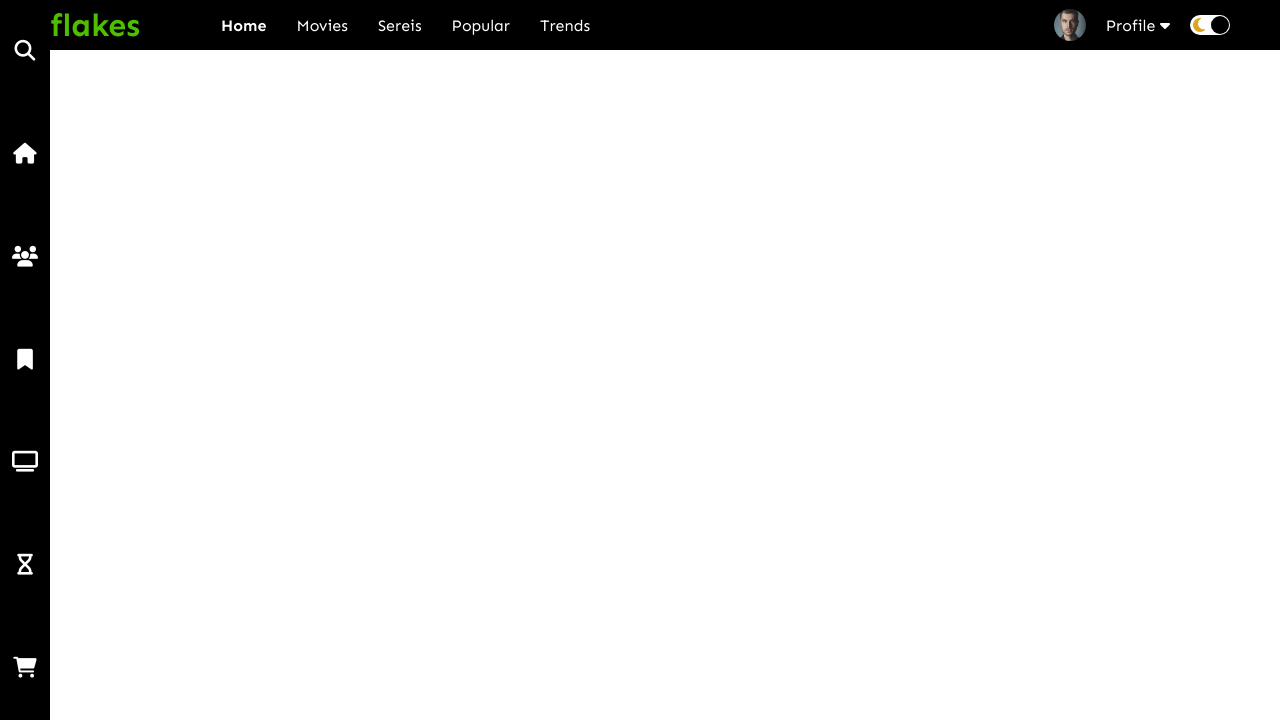
Repository: JulyK9/Movie-Website
Page: index.html
The author's editor kept a copy of each file at every save. The page is drawn from the files as they stood at one save, then again after the next save.
The browser window is 1280 px wide. The pictures show the whole page.
Some web libraries are served in a nearby version.

Above is the page before, as saved 2022-07-03 22:19:34.

### index.html
<!DOCTYPE html>
<html lang="en">
<head>
    <meta charset="UTF-8">
    <meta http-equiv="X-UA-Compatible" content="IE=edge">
    <meta name="viewport" content="width=device-width, initial-scale=1.0">
    <title>Movie design</title>
    <link rel="stylesheet" href="style.css">

    <link rel="preconnect" href="https://fonts.googleapis.com">
    <link rel="preconnect" href="https://fonts.gstatic.com" crossorigin>
    <link href="https://fonts.googleapis.com/css2?family=Roboto:wght@100;300;400;500;700;900&family=Sen:wght@400;700;800&display=swap" rel="stylesheet">
    <link rel="stylesheet" href="https://cdnjs.cloudflare.com/ajax/libs/font-awesome/6.1.1/css/all.min.css">
</head>

<body>
    <nav class="navbar">
        <div class="navbar-container">
            <div class="logo-container"><h1 class="logo">flakes</h1></div>
            <div class="menu-container">
                <ul class="menu-list">
                    <li class="menu-list-item active">Home</li>
                    <li class="menu-list-item">Movies</li>
                    <li class="menu-list-item">Sereis</li>
                    <li class="menu-list-item">Popular</li>
                    <li class="menu-list-item">Trends</li>
                </ul>
            </div>
            <div class="profile-container">
                <img class="profile-picture" src="./img/profile.jpg" alt="profile">
                <div class="profile-text-container">
                    <span class="profile-text">Profile</span>
                    <i class="fa-solid fa-caret-down"></i>
                </div>
                <div class="toggle">
                    <i class="fa-solid fa-moon toggle-icon"></i>
                    <i class="fa-solid fa-sun toggle-icon"></i>
                    <div class="toggle-ball"></div>
                </div>
            </div>
        </div>
    </nav>
    <div class="sidebar">
        <i class="left-menu-icon fa-solid fa-magnifying-glass"></i>
        <i class="left-menu-icon fa-solid fa-house"></i>
        <i class="left-menu-icon fa-solid fa-users"></i>
        <i class="left-menu-icon fa-solid fa-bookmark"></i>
        <i class="left-menu-icon fa-solid fa-tv"></i>
        <i class="left-menu-icon fa-solid fa-hourglass"></i>
        <i class="left-menu-icon fa-solid fa-cart-shopping"></i>
    </div>

</body>

</html>

### style.css
* {
    box-sizing: border-box;
    margin: 0;
    text-decoration: none;
    list-style: none;
}

body {
    font-family: 'Roboto', sans-serif;
    /* overflow: hidden; */
}

.navbar {
    width: 100%;
    height: 50px;
    background-color: black;
}

.navbar-container {
    height: 100%;
    display: flex;
    align-items: center;
    padding: 0 50px;
    color: white;
    font-family: 'Sen', sans-serif;
}

.logo-container {
    flex: 1;
}

.logo {
    font-size: 2rem;
    color: #4dbf00;
}

.menu-container {
    flex: 6;
}

.menu-list {
    display: flex;
    align-items: center;
}

.menu-list-item {
    margin-right: 30px;   /* item 간 간격 조정 */
}

.menu-list-item.active {  /* class 를 2개 부여해서 선택해 줌 */
    font-weight: bold;
}

.profile-container {
    flex: 2;
    display: flex;
    align-items: center;
    justify-content: flex-end;
}

.profile-picture {
    width: 32px;
    height: 32px;
    border-radius: 50%;
    object-fit: cover;   /* 가로세로 비율은 유지하면서 컨텐이너에 꽉 차게 설정 */
}

.toggle {
    width: 40px;
    height: 20px;
    background-color: white;
    border-radius: 30px;
    display: flex;
    justify-content: space-around;
    align-items: center;
    position: relative;  /* toggle-ball을 toggle내에서 움직이도록 설정 */
}

.toggle-icon {
    color: goldenrod;
}

.toggle-ball {
    width: 18px;
    height: 18px;
    background-color: black;
    border-radius: 50%;
    position: absolute;  /* 독립적이고 자유로운 배치권한 부여 */
    right: 1px;
    cursor: pointer;
}

.profile-text-container {
    margin: 0 20px;
}

.sidebar {
    width: 50px;
    height: 100%;
    background-color: black;
    position: fixed;   /* 스크롤바 생기는 부분 제거 및 사이드바 고정 */
    top: 0;     /* 사이드바 상단 고정 */
    color: white;
    font-size: 1.3rem;
    display: flex;
    flex-direction: column;
    justify-content: space-around;
    align-items: center;
}

After the next save:
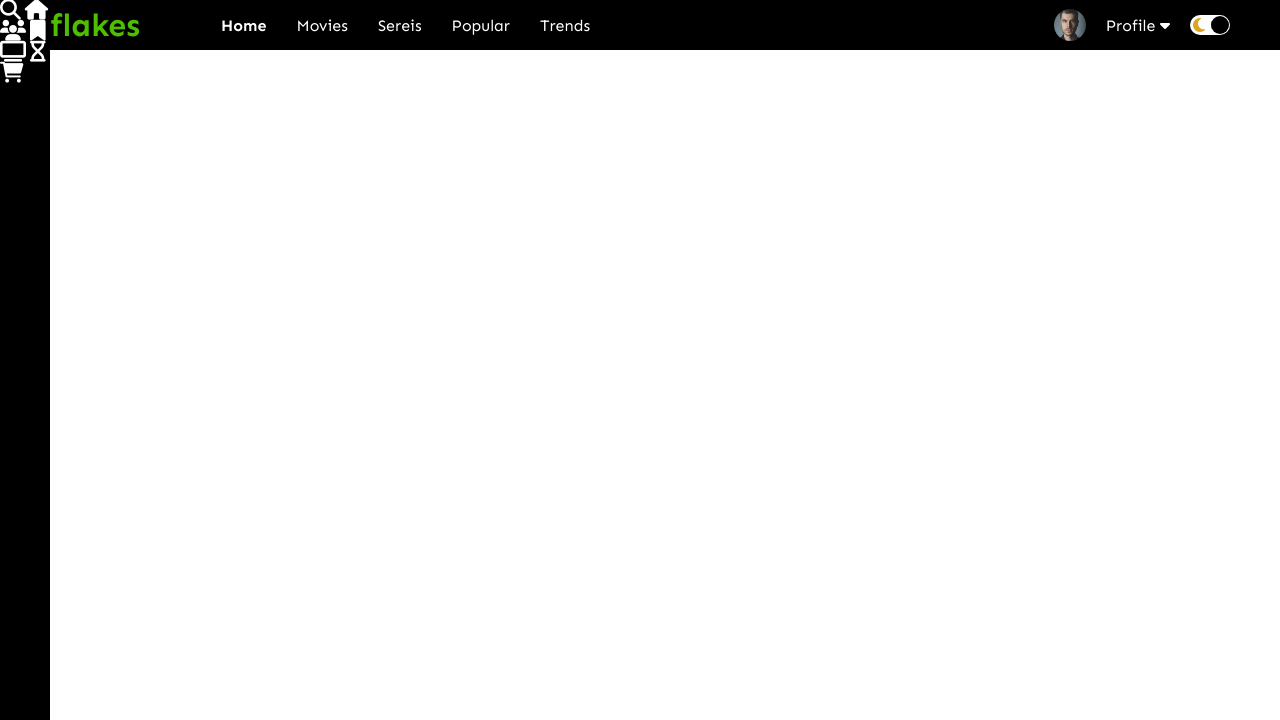
Saved 30 s later.
--- a/style.css
+++ b/style.css
@@ -100,6 +100,10 @@
     background-color: black;
     position: fixed;   /* 스크롤바 생기는 부분 제거 및 사이드바 고정 */
     top: 0;     /* 사이드바 상단 고정 */
+
+}
+
+.left-menu-icon {
     color: white;
     font-size: 1.3rem;
     display: flex;

After the save that followed:
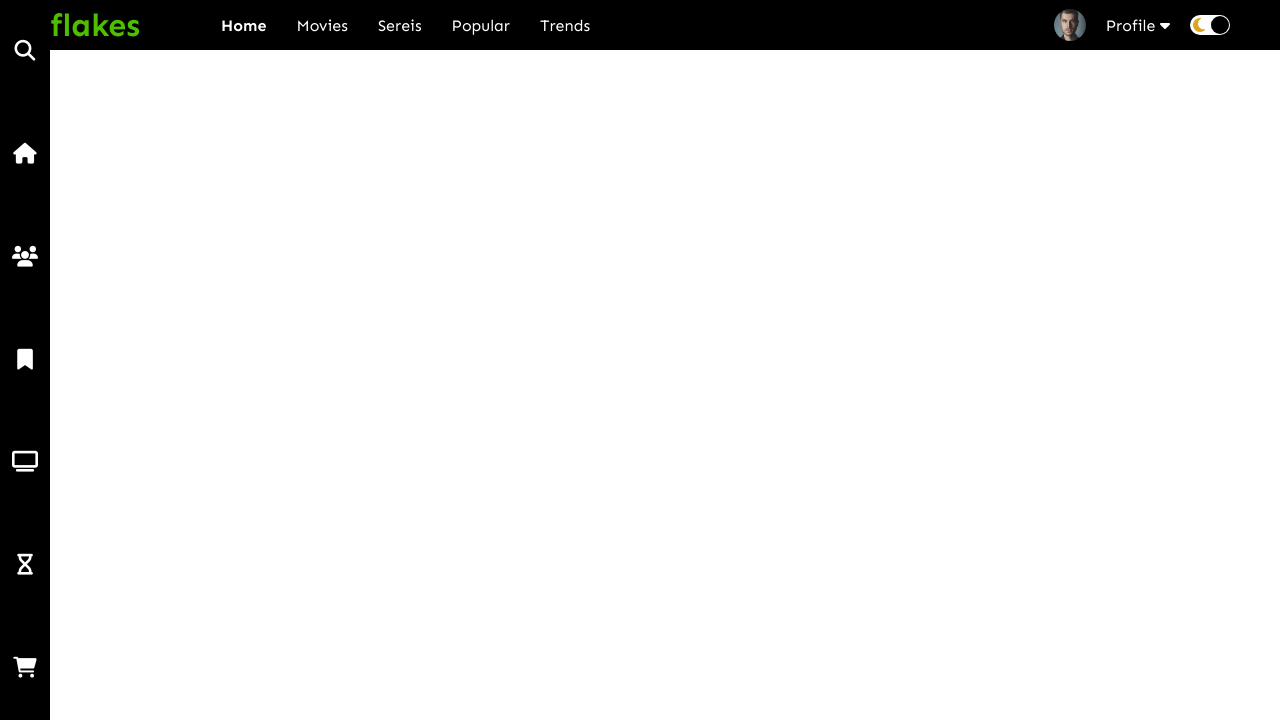
Saved 13 s later.
--- a/style.css
+++ b/style.css
@@ -100,14 +100,14 @@
     background-color: black;
     position: fixed;   /* 스크롤바 생기는 부분 제거 및 사이드바 고정 */
     top: 0;     /* 사이드바 상단 고정 */
-
+    display: flex;
+    flex-direction: column;
+    justify-content: space-around;
+    align-items: center;
 }
 
 .left-menu-icon {
     color: white;
     font-size: 1.3rem;
-    display: flex;
-    flex-direction: column;
-    justify-content: space-around;
-    align-items: center;
+
 }
